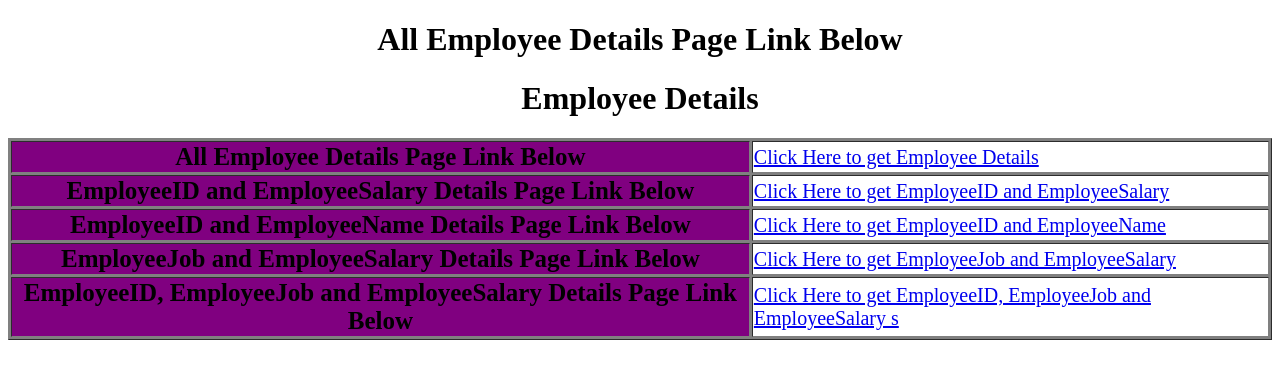
Repository: RhutujaBD/SpringMVCSession
Page: http://localhost/Spring-MVC-JDBCTemplate/WEB-INF/pages/home.jsp
The author's editor kept a copy of each file at every save. The page is drawn from the files as they stood at one save, then again after the next save.
The browser window is 1280 px wide. The pictures show the whole page.
The page is served by Tomcat 9. Nobody is signed in. The template is opened directly, without the code that normally fills it, so the values that code supplies are empty.

Above is the page before, as saved 2023-03-29 11:04:03.

After the next save:
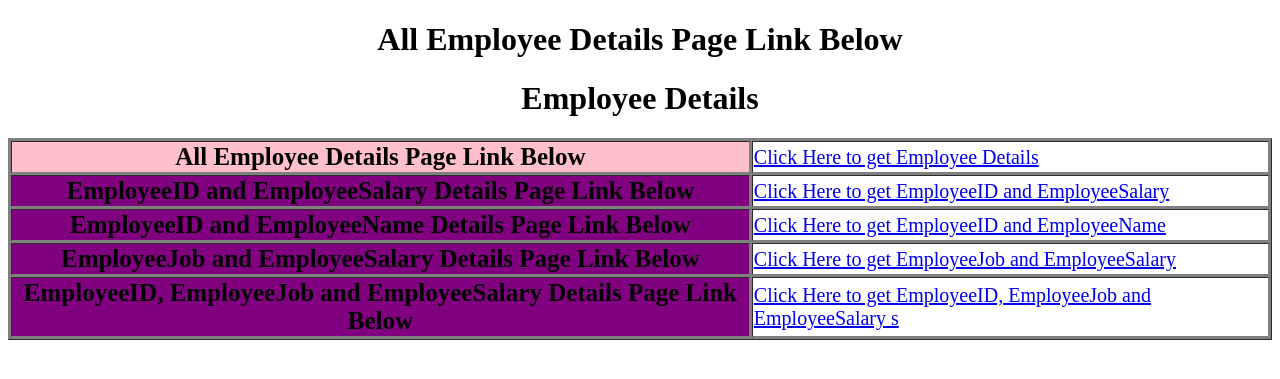
Saved 19 s later.
--- a/Spring-MVC-JDBCTemplate/src/main/webapp/WEB-INF/pages/home.jsp
+++ b/Spring-MVC-JDBCTemplate/src/main/webapp/WEB-INF/pages/home.jsp
@@ -28,7 +28,7 @@
 	<h1 align="center">Employee Details</h1>
 	<table border="1" bgcolor="grey" align="center">
 
-		<tr bgcolor="purple" bordercolor="black">
+		<tr bgcolor="pink" bordercolor="black">
 			<th>All Employee Details Page Link Below</th>
 			<td bgcolor="white"><a href="list_employees.htm">Click Here to get Employee Details</a></td>
 		</tr>
